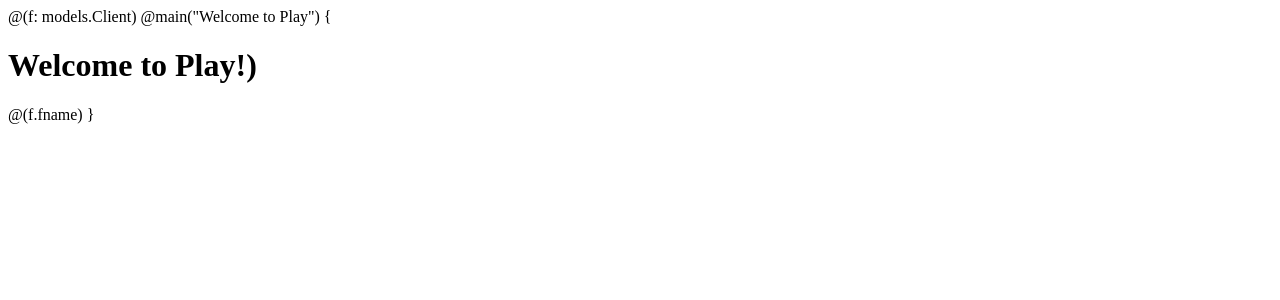
Repository: fkargar/VCASoft
Page: iautoshop/app/views/client.scala.html
These files come from the project's save history. The page is drawn as it stood at one moment and after the next save; the edit follows.
The browser window is 1280 px wide. The pictures show the whole page.

Above is the page before, as saved 2017-12-15 04:10:11.

After the next save:
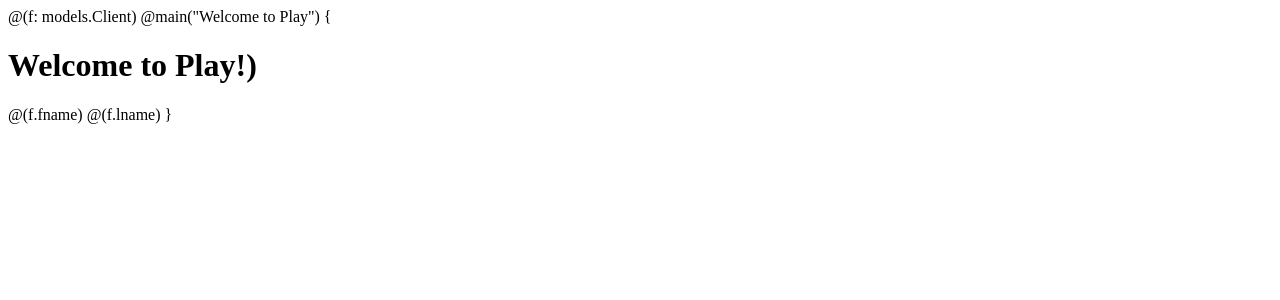
Saved 3 min 14 s later.
--- a/iautoshop/app/views/client.scala.html
+++ b/iautoshop/app/views/client.scala.html
@@ -3,4 +3,5 @@
 @main("Welcome to Play") {
   <h1>Welcome to Play!)</h1>
   @(f.fname)
+  @(f.lname)
 }
